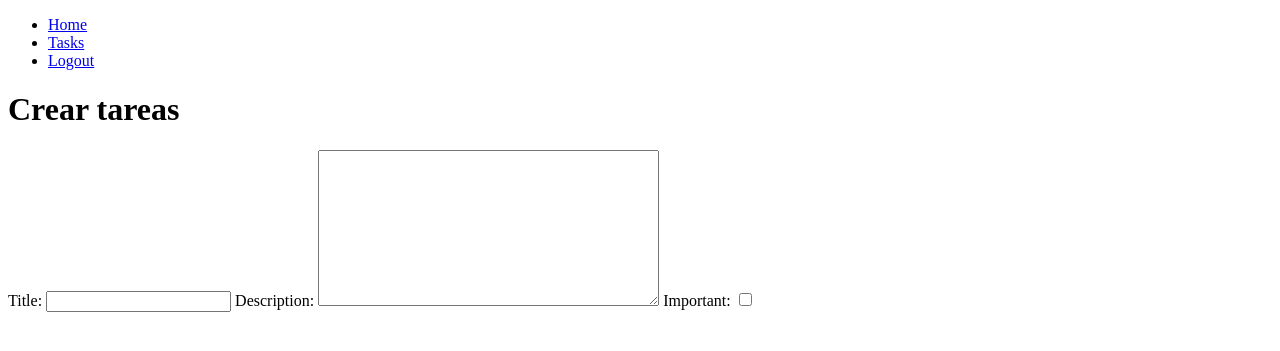
Repository: dbettancourt/django-auth-crud
Page: http://localhost/tasks/create/
An editor plug-in stored every save of this project. The page is shown before and after the next save, followed by the edit.
The browser window is 1280 px wide. The pictures show the whole page.
The page is served by the project's application, run on Django 4.2 (manage.py). A made-up administrator, testuser (Test User, test@example.com), is signed in. Other server files are loaded and not shown.

Above is the page before, as saved 2023-06-03 16:04:09.

### tasks/templates/create_task.html
{% extends 'base.html' %}

{% block content %}
    <h1>Crear tareas</h1>

    <form action="/tasks/create" method="POST">

        {{form}}
    </form>

{% endblock %}

### tasks/templates/base.html
<!DOCTYPE html>
<!--[if lt IE 7]>      <html class="no-js lt-ie9 lt-ie8 lt-ie7"> <![endif]-->
<!--[if IE 7]>         <html class="no-js lt-ie9 lt-ie8"> <![endif]-->
<!--[if IE 8]>         <html class="no-js lt-ie9"> <![endif]-->
<!--[if gt IE 8]>      <html class="no-js"> <!--<![endif]-->
<html>
    <head>
        <meta charset="utf-8">
        <meta http-equiv="X-UA-Compatible" content="IE=edge">
        <title>Pagina Base Django</title>
        <meta name="description" content="">
        <meta name="viewport" content="width=device-width, initial-scale=1">
        <link rel="stylesheet" href="">
    </head>
    <body>
        <!--[if lt IE 7]>
            <p class="browsehappy">You are using an <strong>outdated</strong> browser. Please <a href="#">upgrade your browser</a> to improve your experience.</p>
        <![endif]-->

        <script src="" async defer></script>

        <nav>
            <ul>
                <li>
                    <a href="/">Home</a>
                </li>
                <li>
                    <a href="/tasks">Tasks</a>
                </li>

                {% if user.is_authenticated %}
                <li>
                    <a href="/logout">Logout</a>
                </li>
                {% else %}
                <li>
                    <a href="/signup">Signup</a>
                </li>
                <li>
                    <a href="/signin">Signin</a>
                </li>
                {% endif %}
            </ul>
        </nav>


        {% block content %}
        {% endblock %}

    </body>
</html>

### tasks/models.py
from django.db import models
from django.contrib.auth.models import User

# Create your models here.
class Task(models.Model):
    title = models.CharField(max_length=100)
    description = models.TextField(blank=True)
    created = models.DateTimeField(auto_now_add=True)
    datecompleted = models.DateTimeField(null=True)
    important = models.BooleanField(default=False)
    user = models.ForeignKey(User, on_delete=models.CASCADE)

    def __str__(self):
        return self.title + '- by ' + self.user.username

### tasks/views.py
from django.shortcuts import render, redirect
from django.contrib.auth.forms import UserCreationForm, AuthenticationForm
from django.contrib.auth.models import User
from django.contrib.auth import login, logout, authenticate
from django.db import IntegrityError
from .forms import TaskForm



# Create your views here.
def home(request):
    return render(request, 'home.html')

def signup(request):

    if request.method == 'GET':
         return render(request, 'signup.html',{
        'form': UserCreationForm
    })

    else:
        if request.POST['password1'] == request.POST['password2']:
            try:
                user = User.objects.create_user(username=request.POST['username'], password=request.POST['password1'])
                user.save()
                login(request, user)
                return redirect ('tasks')
            except IntegrityError:
                return render(request, 'signup.html',{
                    'form': UserCreationForm,
                    'error': 'El usuario ya existe'
                    })
        return render(request, 'signup.html', {
            'form': UserCreationForm,
            'error': 'Las contraseñas no coinciden'
            })

def tasks(request):
    return render(request, 'tasks.html')

def create_task(request):
    return render(request, 'create_task.html',{
        'form': TaskForm
    })

def signout(request):
    logout(request)
    return redirect('home')

def signin(request):
    if request.method=='GET':
        return render(request, 'signin.html', {
            'form': AuthenticationForm
        })
    else:
        user = authenticate(
            request, username=request.POST['username'], password=request.POST['password'])

        if user is None:
            return render(request, 'signin.html', {
                'form': AuthenticationForm,
                'error': 'Usuario o password es incorrecta'
            })
        else:
            login(request, user)
            return redirect('tasks')

### djangocrud/urls.py
"""
URL configuration for djangocrud project.

The `urlpatterns` list routes URLs to views. For more information please see:
    https://docs.djangoproject.com/en/4.2/topics/http/urls/
Examples:
Function views
    1. Add an import:  from my_app import views
    2. Add a URL to urlpatterns:  path('', views.home, name='home')
Class-based views
    1. Add an import:  from other_app.views import Home
    2. Add a URL to urlpatterns:  path('', Home.as_view(), name='home')
Including another URLconf
    1. Import the include() function: from django.urls import include, path
    2. Add a URL to urlpatterns:  path('blog/', include('blog.urls'))
"""
from django.contrib import admin
from django.urls import path
from tasks import views

urlpatterns = [
    path('admin/', admin.site.urls),
    path('', views.home, name='home'),
    path('signup/', views.signup, name='signup'),
    path('tasks/', views.tasks, name='tasks'),
    path('tasks/create/', views.create_task, name='create_tasks'),
    path('logout/', views.signout, name='logout'),
    path('signin/', views.signin, name='signin')
]

Loaded but not shown: tasks/forms.py (common file)

After the next save:
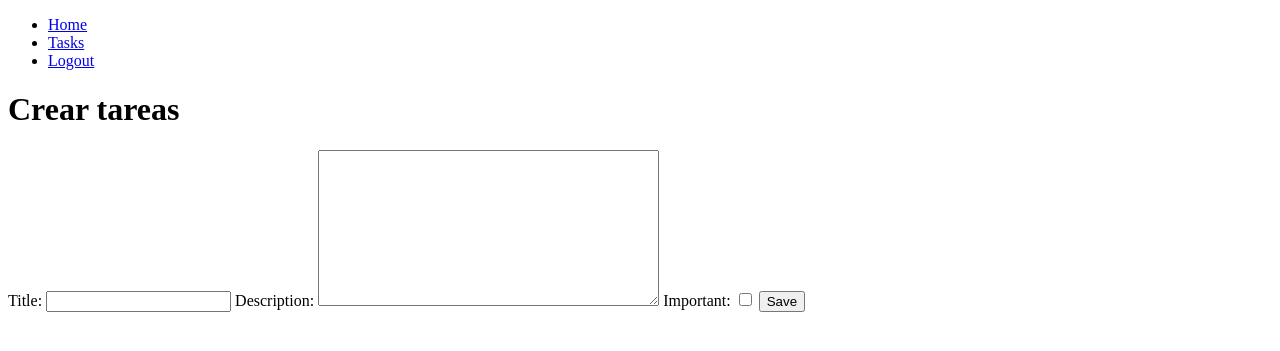
Saved 69 s later.
--- a/tasks/templates/create_task.html
+++ b/tasks/templates/create_task.html
@@ -6,6 +6,10 @@
     <form action="/tasks/create" method="POST">
 
         {{form}}
+
+        <button>
+            Save
+        </button>
     </form>
 
 {% endblock %}
